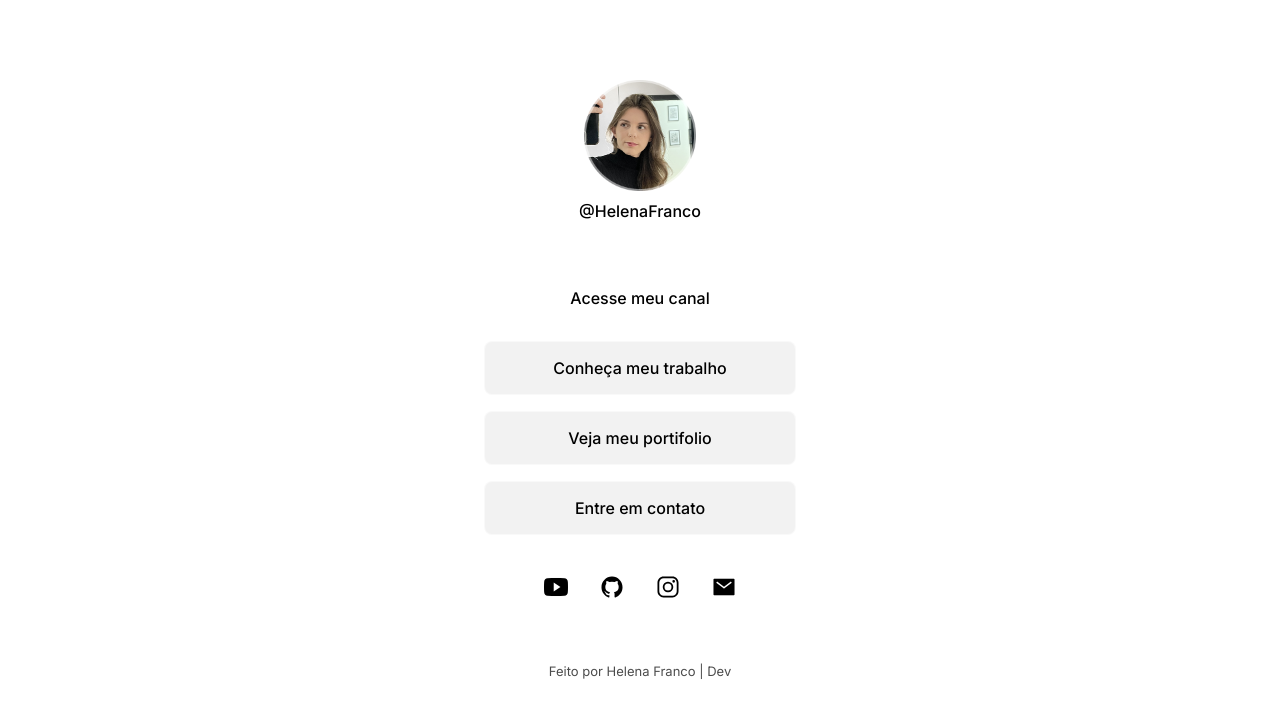
Repository: Fr4nc021/Pagina-de-links-
Page: index.html
An editor plug-in stored every save of this project. The page is shown before and after the next save, followed by the edit.
The browser window is 1280 px wide. The pictures show the whole page.
The pointer rests on the first visible `ul li a`.

Above is the page before, as saved 2025-02-13 21:15:17.

### index.html
<!DOCTYPE html>
<html lang="pt-br" class="light">
<head>
    <link rel="preconnect" href="https://fonts.googleapis.com">
    <link rel="preconnect" href="https://fonts.gstatic.com" crossorigin>
    <link href="https://fonts.googleapis.com/css2?family=Inter:ital,opsz,wght@0,14..32,100..900;1,14..32,100..900&display=swap" rel="stylesheet">
    <meta charset="UTF-8">
    <meta name="viewport" content="width=device-width, initial-scale=1.0">
    <title>DevLinks</title>
    <link rel="stylesheet" href="style.css">
</head>
<body>
    <div id="container">
    <div id="profile">
    <img
        src="./assets/avatar.png"
        alt="Foto da Helena Franco sorrindo">
        <p>@HelenaFranco</p>
    </div>
    <div>
        <ul>
            <li>
                <a href="#" target="_blank">Acesse meu canal</a>
            </li>
            <li>
                <a href="#" target="_blank">Conheça meu trabalho</a>
            </li>
            <li>
                <a href="#" target="_blank">Veja meu portifolio</a>
            </li>
            <li>
                <a href="#" target="_blank">Entre em contato</a>
            </li>
        </ul>
    </div>
        <div id="social-links">
            <a href="https://www.youtube.com/@FR4NC021" target="_blank">
            <ion-icon name="logo-youtube"></ion-icon></a>

            <a href="https://github.com/Fr4nc021" target="_blank">
            <ion-icon name="logo-github"></ion-icon></a>

            <a href="https://www.instagram.com/h.franco__/" target="_blank">
            <ion-icon name="logo-instagram"></ion-icon></a>

            <a href="https://w.app/doczx7" target="_blank">
            <ion-icon name="mail-sharp"></ion-icon></a>
        </div>

        <footer>
            Feito por Helena Franco | Dev
        </footer>
    </div>
    <script
    type="module"
    src="https://unpkg.com/ionicons@7.1.0/dist/ionicons/ionicons.esm.js" ></script>
<script
nomodule
src = "https://unpkg.com/ionicons@7.1.0/dist/ionicons/ionicons.js" ></script>
</body>
</html>

### style.css
* {
    margin: 0%;
    padding: 0%;
    box-sizing: border-box;
}

:root {
    --text-color: white;
    --bg-url: url(./assets/bg-mobile.jpg);
    --strock-color: rgba(255, 255, 255, 0.5);
    --surface-color: rgba(255, 255, 255, 0.1);
    --surface-color-hover: rgba(0, 0, 0, 0.02);
}

.light {
    --text-color: black;
    --bg-url: url(./assets/bg-mobile-light.jpg)
    --strock-color: rgba(0, 0, 0, 0.5);
    --surface-color: rgba(0, 0, 0, 0.05);
    --surface-color-hover: rgba(0, 0, 0, 0.02);

}

body {
background: --var(--bg-url) no-repeat top center/cover;
}

body * {
        font-family: "Inter", sans-serif;
        color: var(--text-color);
    }

#container {
    width: 360px;
    margin: 56px auto 0px;
    padding: 0 24px;
}

#profile img {
    width: 112px;
    display: block;
    margin: auto;

}

#profile {
    text-align: center;
    padding: 24px;
}

#profile p {
    font-weight: 500;
    line-height: 24px;
    margin-top: 8px;
}

/* Links */

ul{
    list-style: none;
    display: flex;
    flex-direction: column;
    gap: 16px;

    padding: 24px 0;
}

ul li a {

        display: flex;
        align-items: center;
        justify-content: center;

        padding: 16px 24px;

        background: var(--surface-color);
        border: 1px solid var(--strock-color);
        border-radius: 8px;

        -webkit-backdrop-filter: blur(4px);
        backdrop-filter: blur(4px);

        text-decoration: none;
        font-weight: 500;

        transition: background 0.2s;
    }

    /* pseudo-selector */

    ul li a:hover {
        background: var(--surface-color-hover)
        border: 1.5px solid var(--text-color);
    }

    #social-links {
        display: flex;
        justify-content: center;

        margin-top: 24px 0;

        font-size:24px;
    }

    #social-links a {
        display: flex;
        align-items: center;
        justify-content: center;
        padding: 16px;

        transition: 0.2s;
        border-radius: 50%;
    }


    #social-links a:hover {
        background: rgba(255, 255, 255, 0.2);
    }

    footer {
        padding: 24px;
        text-align: center;
        margin-top: 24px;
        font-size: small;
        opacity: 0.7;

    }

After the next save:
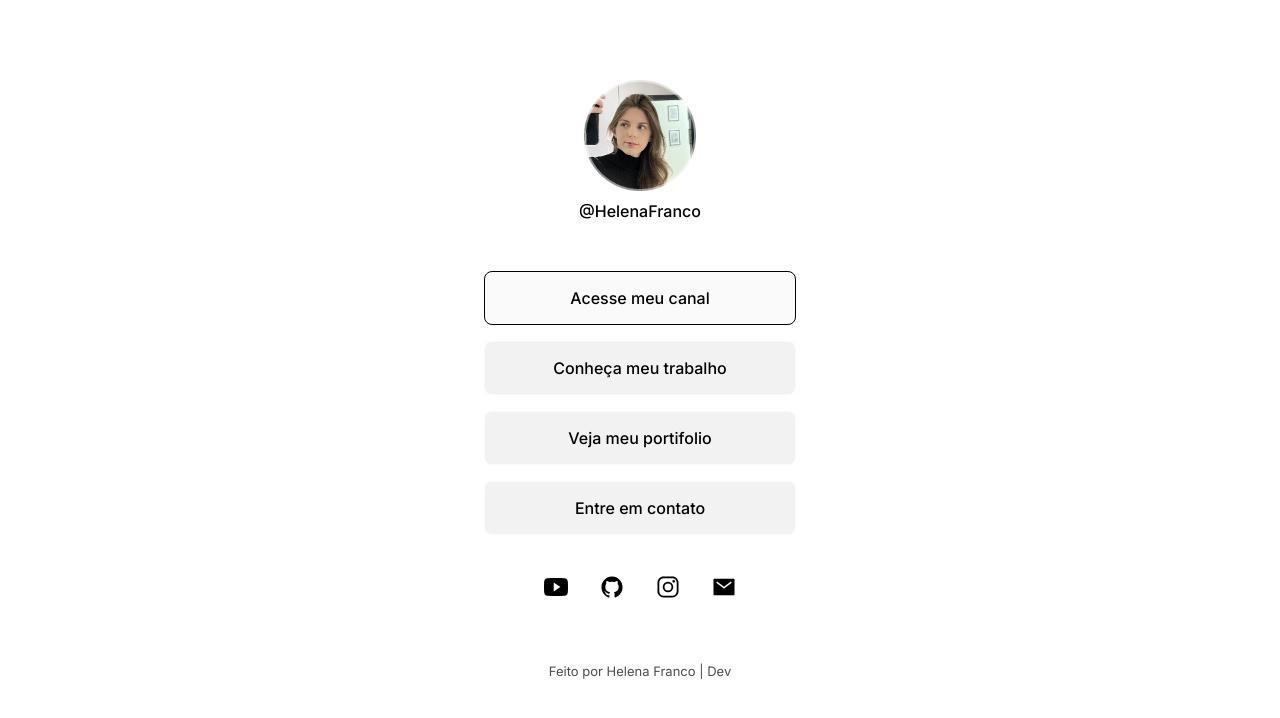
Saved 4 s later.
--- a/style.css
+++ b/style.css
@@ -89,7 +89,7 @@ ul li a {
     /* pseudo-selector */
 
     ul li a:hover {
-        background: var(--surface-color-hover)
+        background: var(--surface-color-hover);
         border: 1.5px solid var(--text-color);
     }
 
